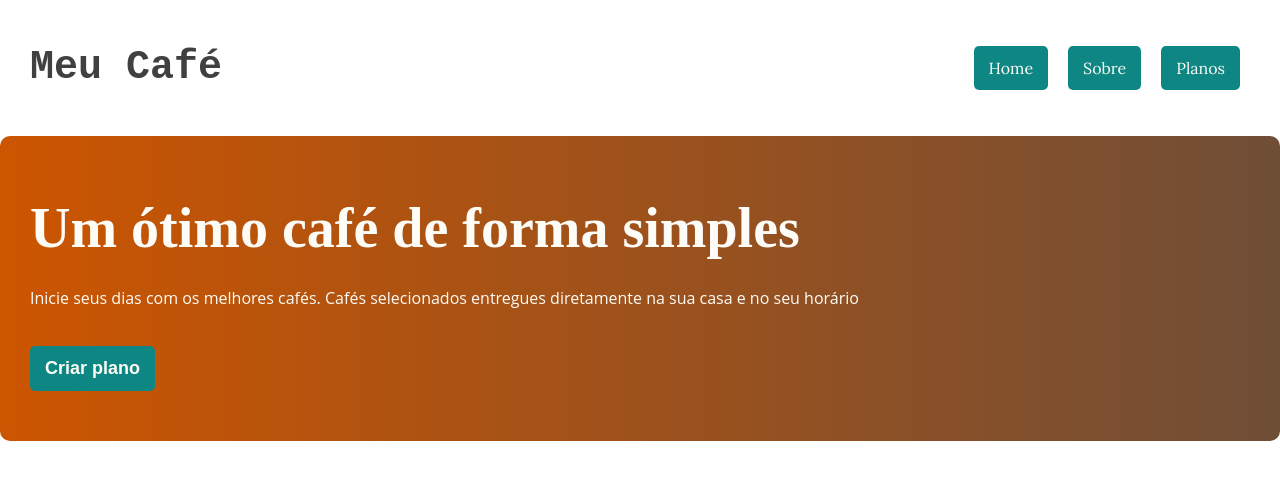
Repository: meiotera/meu_cafe.dev
Page: /
An editor plug-in stored every save of this project. The page is shown before and after the next save, followed by the edit.
The browser window is 1280 px wide. The pictures show the whole page.
The project was rebuilt for these pictures with package versions that can differ from the ones it lists, and the page was loaded fresh each time. Also part of the build but not shown: vite.config.js, src/Pages/AboutUs.jsx, src/Pages/YourPlane.jsx.

Above is the page before, as saved 2025-04-03 06:57:27.

After the next save:
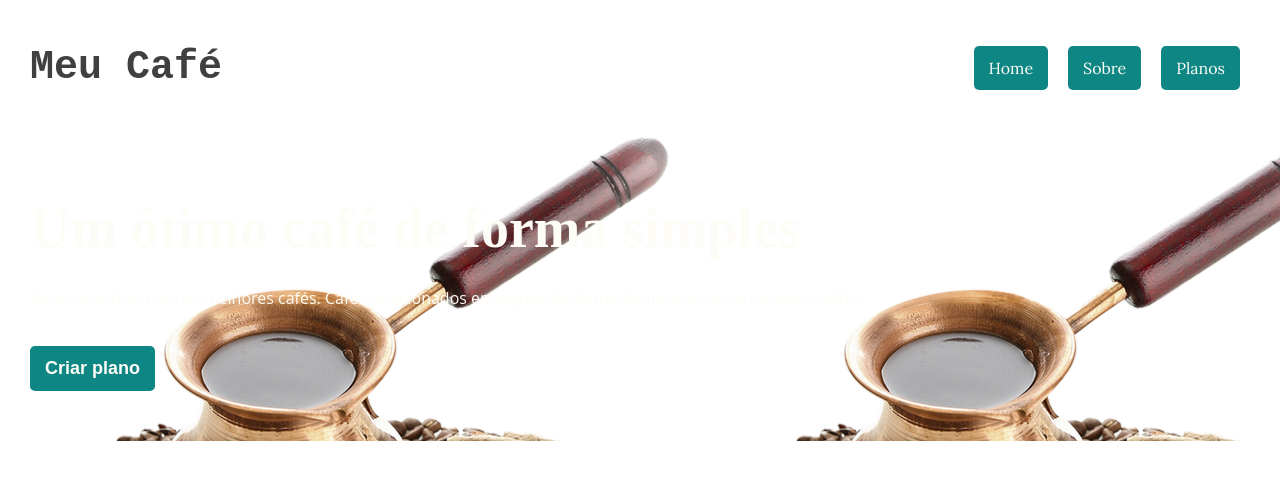
Saved 13 min 38 s later.
--- a/src/components/Banner/Banner.module.css
+++ b/src/components/Banner/Banner.module.css
@@ -1,6 +1,5 @@
 .banner {
-  background-image: linear-gradient(to left, #6f4e37, #cc5500),
-    url('../../../public/img/artesanal.png');
+  background-image: url('../../../public/img/artesanal.png');
   display: flex;
 
   justify-content: space-between;
